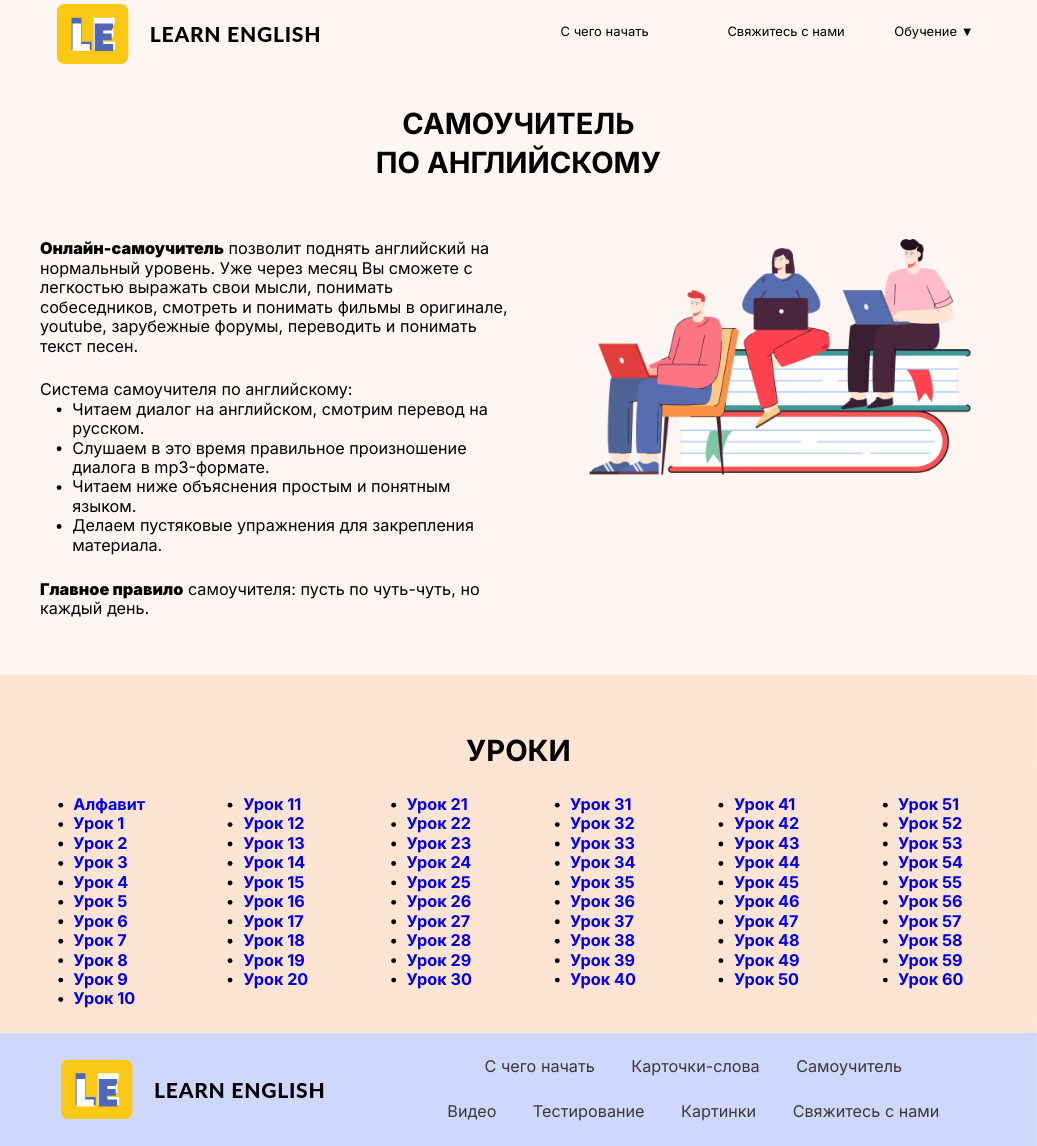
Repository: WladimirVA/Diplom
Page: scool/lesson.html
An editor plug-in stored every save of this project. The page is shown before and after the next save, followed by the edit.
The browser window is 1280 px wide. The pictures show the whole page, at 81% of full size.

Above is the page before, as saved 2023-07-19 17:04:42.

### scool/lesson.html
<!DOCTYPE html>
<html lang="en">
<head>
    <meta charset="UTF-8">
    <meta name="viewport" content="width=device-width, initial-scale=1.0">
    <link href="./css/index.css" rel="stylesheet" type="text/css">
    <link href="./css/fonts.css" rel="stylesheet" type="text/css">
    <link rel="stylesheet" href="./css/lesson.css" type="text/css">
    <link rel="icon" sizes="16x16" href="./img/Vector.svg" type="image/x-icon">
    <title>Learn english</title>
</head>
<body>
    <header class="header" di="HOME">
        <div class="section">
            <div class="section-header">
                <div class="logo">
                    <img src="./img/Vector.svg">
                    <p>Learn english</p>
                </div>
                <div>

                    <ul class="ddropdownn">
                        <li class="ddropdownn-top">
                        <a class="ddropdownn-top" href="#">С чего начать</a>
                        </li>
                        <li class="ddropdownn-top">
                            <a class="ddropdownn-top" href="mailto:dyadichenko_va@mail.ru">Свяжитесь с нами</a>
                        </li>
                        <li class="ddropdownn-top">
                        <a class="ddropdownn-top" href="#">Обучение &#9660;</a>
                            <ul class="ddropdownn-inside">
                                <li><a href="/">Карточки-слова</a></li>
                                <li><a href="/">Самоучитель</a></li>
                                <li><a href="/">Видео</a></li>
                                <li><a href="/">Тестирование</a></li>
                                <li><a href="/">Картинки</a></li>
                            </ul>
                        </li>

                    </ul>
                </div>
            </div>
        </div>
    </header>
    <main>
        <section class="TUTORIAL">
            <div class="section">
                <h1 class="tutorial-h1">Самоучитель <br>по английскому</h1>
                <div class="content-tutorial">
                    <div class="tutorial-inf">
                        <p><span  style="font-weight:900"> Онлайн-самоучитель</span> позволит поднять английский на нормальный уровень. Уже через месяц Вы сможете с легкостью выражать свои мысли, понимать собеседников, смотреть и понимать фильмы в оригинале, youtube, зарубежные форумы, переводить и понимать текст песен.</p>
                            <ul><p>Система самоучителя по английскому:</p>
                                <li>Читаем диалог на английском, смотрим перевод на русском.</li>
                                <li>Слушаем в это время правильное произношение диалога в mp3-формате.</li>
                                <li>Читаем ниже объяснения простым и понятным языком.</li>
                                <li>Делаем пустяковые упражнения для закрепления материала.</li>
                            </ul>
                            <p><span  style="font-weight:900"> Главное правило</span> самоучителя: пусть по чуть-чуть, но каждый день.
                        </p>
                    </div>
                    <div class="tutorial-img">
                        <img src="./img/Group 78 1 (1).png" alt="foto">
                    </div>
                </div>
            </div>
        </section>
        <section class="LESSON">
            <div class="section">
                <div class="lesson">
                    <p>уроки</p>
                </div>
                <div class="all-lesson">
                    <ul>
                        <li><a href="#">Алфавит</a></li>
                        <li><a href="#">Урок 1</a></li>
                        <li><a href="#">Урок 2</a></li>
                        <li><a href="#">Урок 3</a></li>
                        <li><a href="#">Урок 4</a></li>
                        <li><a href="#">Урок 5</a></li>
                        <li><a href="#">Урок 6</a></li>
                        <li><a href="#">Урок 7</a></li>
                        <li><a href="#">Урок 8</a></li>
                        <li><a href="#">Урок 9</a></li>
                        <li><a href="#">Урок 10</a></li>
                    </ul>
                    <ul>
                        <li><a href="#">Урок 11</a></li>
                        <li><a href="#">Урок 12</a></li>
                        <li><a href="#">Урок 13</a></li>
                        <li><a href="#">Урок 14</a></li>
                        <li><a href="#">Урок 15</a></li>
                        <li><a href="#">Урок 16</a></li>
                        <li><a href="#">Урок 17</a></li>
                        <li><a href="#">Урок 18</a></li>
                        <li><a href="#">Урок 19</a></li>
                        <li><a href="#">Урок 20</a></li>
                    </ul>
                    <ul>
                        <li><a href="#">Урок 21</a></li>
                        <li><a href="#">Урок 22</a></li>
                        <li><a href="#">Урок 23</a></li>
                        <li><a href="#">Урок 24</a></li>
                        <li><a href="#">Урок 25</a></li>
                        <li><a href="#">Урок 26</a></li>
                        <li><a href="#">Урок 27</a></li>
                        <li><a href="#">Урок 28</a></li>
                        <li><a href="#">Урок 29</a></li>
                        <li><a href="#">Урок 30</a></li>
                    </ul>
                    <ul>
                        <li><a href="#">Урок 31</a></li>
                        <li><a href="#">Урок 32</a></li>
                        <li><a href="#">Урок 33</a></li>
                        <li><a href="#">Урок 34</a></li>
                        <li><a href="#">Урок 35</a></li>
                        <li><a href="#">Урок 36</a></li>
                        <li><a href="#">Урок 37</a></li>
                        <li><a href="#">Урок 38</a></li>
                        <li><a href="#">Урок 39</a></li>
                        <li><a href="#">Урок 40</a></li>
                    </ul>
                    <ul>
                        <li><a href="#">Урок 41</a></li>
                        <li><a href="#">Урок 42</a></li>
                        <li><a href="#">Урок 43</a></li>
                        <li><a href="#">Урок 44</a></li>
                        <li><a href="#">Урок 45</a></li>
                        <li><a href="#">Урок 46</a></li>
                        <li><a href="#">Урок 47</a></li>
                        <li><a href="#">Урок 48</a></li>
                        <li><a href="#">Урок 49</a></li>
                        <li><a href="#">Урок 50</a></li>
                    </ul>
                    <ul>
                        <li><a href="#">Урок 51</a></li>
                        <li><a href="#">Урок 52</a></li>
                        <li><a href="#">Урок 53</a></li>
                        <li><a href="#">Урок 54</a></li>
                        <li><a href="#">Урок 55</a></li>
                        <li><a href="#">Урок 56</a></li>
                        <li><a href="#">Урок 57</a></li>
                        <li><a href="#">Урок 58</a></li>
                        <li><a href="#">Урок 59</a></li>
                        <li><a href="#">Урок 60</a></li>
                    </ul>
                </div>
            </div>
        </section>
    </main>
    <footer class="FOOTER">
        <div class="section">
            <div class="section-footer">
                <div class="logo">
                    <img src="./img/Vector.svg">
                    <p>Learn english</p>
                </div>
                <div class="ddropdownn-footer">
                    <div class="ddropdownn-menu">
                        <ul class="ddropdownn1">
                            <li><a href="#">С чего начать</a></li>
                            <!-- <li><a href="#">Обучение</a></li> -->
                            <li><a href="#">Карточки-слова</a></li>
                            <li><a href="#">Самоучитель</a></li>
                        </ul>
                    </div>
                    <div class="ddropdownn-menu">
                        <ul class="ddropdownn2">
                            <li><a href="#">Видео</a></li>
                            <li><a href="#">Тестирование</a></li>
                            <li><a href="#">Картинки</a></li>
                            <li><a class="link" href="mailto:dyadichenko_va@mail.ru">Свяжитесь с нами</a></li>
                        </ul>
                    </div>
                </div>
            </div>
        </div>
    </footer>
</body>
</html>

### scool/css/index.css
body {
    scroll-behavior: smooth;
    align-items: center;
    width: 100%;
    max-width: 1366px;
    margin: auto;
    font-family: 'Inter', 'Work Sans', "NunitoSans-Light", Arial, Helvetica, sans-serif;
}
* {
    margin: 0;
    padding: 0;
}

.logo {
    display: flex;
    align-items: center;
}

.logo p {
    font-family: Lato;
    font-size: 26px;
    font-weight: 800;
    line-height: 48px;
    letter-spacing: 0.035em;
    text-align: left;
    text-transform: uppercase;
    padding-left: 1em;
}

/* Стили выпадающего списка */
ul.ddropdownn li {/* Считаем координаты относительно исходного места. */
    position: relative; }
ul.ddropdownn, ul.ddropdownn-inside {
    /* Отступы на нуле. */
    padding: 0;
    /* Маркеры уберем. */
    list-style-type: none;
    }
ul.ddropdownn-inside {
    /* Спрячем дочерние элементы выпадающего списка. */
    left: -9999px;
    position: absolute;
    }
ul.ddropdownn li.ddropdownn-top {
    /* Небольшой отступ. */
    margin: 20px 1px 0 0;
    /* Выравнивание по левой стороне. */
    float: left;
    display: inline;
    }
ul.ddropdownn li.ddropdownn-top a {
    /* Делаю элементы блочными. */
    display: block;
    /* Снова отступы. */
    padding: 3px 30px 4px;
    text-decoration: none;
    color: black;
    font-family: Inter;
    width: 145px;
    }
ul.ddropdownn a.ddropdownn-top {/* Цвет фона. */ background: #FEF6F3; } */
ul.ddropdownn a.ddropdownn-top:hover {/* Отступы. */ padding: 13px 20px 4px; }
ul.ddropdownn li.ddropdownn-top:hover .ddropdownn-inside {
    left: 0;
    /* Делаю элементы блочными. */
    display: block;
    }
ul.ddropdownn .ddropdownn-inside {/* Цвет фона. */ background: #FEF6F3; }
ul.ddropdownn .ddropdownn-inside a:hover {/* Цвет фона изменится при наведении. */
    background: #FEF6F3; }


@media screen and (max-width: 745px) {
    .header-nav {
        display: block;
        padding-top: 0px;
    }
}


.section-header {
    display: flex;
    justify-content: space-between;
    background-color: #FEF6F3;
    padding: 5px 0px 0 70px;

}

.BEGINNES {
    background: #FEF6F3;
}

.content-beginners {
    display: flex;
    justify-content: space-between;
}

.beginners-inf {
    padding: 50px 0 0 70px;
}

.beginners-inf h1 {
    font-family: Inter;
    font-size: 44px;
    font-weight: 700;
    line-height: 48px;
    letter-spacing: -0.08em;
    text-align: left;
    text-transform: uppercase;
    letter-spacing: 0.035em;
}

.beginners-img img {
    width: 100%;
    height: auto;
}

.beginners-inf p {
    margin-top: 50px;
}

.content-beginners {
    font-family: Inter;
    font-size: 22px;
    font-weight: 700;
    line-height: 24px;
    letter-spacing: 0em;
    text-align: left;

    font-family: Inter;
    font-size: 22px;
    font-weight: 500;
    line-height: 24px;
    letter-spacing: 0em;
    text-align: left;

    font-family: Inter;
    font-size: 20px;
    font-weight: 500;
    line-height: 24px;
    letter-spacing: 0em;
    text-align: left;
}

.home_ul {
    list-style-type: none;
    padding: 20px 0 20px 0;
}

.check {
    margin-left: 15px;
}

.button_home {
    font-family: Inter;
    font-size: 20px;
    font-weight: 700;
    line-height: 24px;
    letter-spacing: 0em;
    text-align: center;
    background:#FBC815;
    border-style: none;
    border-radius: 25px;
    width: 257px;
    height: 56px;
}

.LEARNING {
    background: #FDE4D3;
}

.learning {
    display: flex;
    justify-content: space-evenly;
}

.img-learning img {
    width: 100%;
    height: auto;
}

.content-learning h1 {
    text-align: center;
    text-transform: uppercase;
    font-family: Inter;
    font-size: 36px;
    font-weight: 700;
    line-height: 48px;
    letter-spacing: 0em;
    text-align: center;
    padding-top: 65px;

}

.popular {
    margin-left: 20px;
}

.learning-text {
    max-width: 550px;
    margin-top: 50px;
}

.learning-text p {
    font-family: Inter;
    font-size: 20px;
    font-weight: 500;
    line-height: 24px;
    letter-spacing: 0em;
    text-align: left;
}

.learning-text-img {
    margin-top: 60px;
}

.learning-text-img p {
    margin: -38px 0 0 20px;
}

.INFORMATION {
    background: #4F68BB;
    height: 1275px;
}

.information-text {
    text-align: center;
    color: #FFFFFF;
    /* max-width: 932px; */
}


.content-information h1 {
    font-family: Inter;
    font-size: 36px;
    font-weight: 700;
    line-height: 48px;
    letter-spacing: 0em;
    text-align: center;
    text-transform: uppercase;
    padding: 60px 0 50px 0;
}

.content-information p {
    font-family: Inter;
    font-size: 24px;
    font-weight: 700;
    line-height: 32px;
    letter-spacing: 0em;
    text-align: center;
}


.information1 {
    color: #FFFFFF;
    height: 400px;
    text-align: center;
    display: flex;
    justify-content: space-around;
    margin: 60px 0 0 0;
}

.information1 p {
    max-width: 270px;
}

.information1 h3 {
    padding: 65px 0 50px 0;
}

.information2 {
    color: #FFFFFF;
    height: 400px;
    text-align: center;
    margin: 60px 0 0 0;
    display: flex;
    justify-content: space-evenly;
}

.information2 p {
    max-width: 270px;
}
.information2 h3 {
    padding: 65px 0 50px 0;
}

.buttton-inf1 {
    margin-top: 39px;
}
.buttton-inf2 {
    margin-top: 95px;
}
.buttton-inf3 {
    margin-top: 55px;
}
.buttton-inf4 {
    padding-top: 63px;
}
.buttton-inf5 {
    padding-top: 25px;
}

.TRANING {
    background:rgba(251, 205, 166, 1);
    height: 345px;
}

.training {
    display: flex;
    align-items: center;
    justify-content: space-evenly;
}

.training-inf {
    display: block;
    text-align: center;
}

.training-inf p {
    font-family: Inter;
    font-size: 36px;
    font-weight: 700;
    line-height: 48px;
    letter-spacing: 0em;
    text-align: center;
}

.buttton-training1 {
    padding-top: 45px;
}

.buttton-training {
    color: #FFFFFF;
    font-family: Inter;
    font-size: 20px;
    font-weight: 700;
    line-height: 24px;
    letter-spacing: 0em;
    text-align: center;
   background: rgba(240, 63, 90, 1);
}

.training-img {
    margin-top: -60px;
}

.FOOTER {
    background:rgba(205, 216, 252, 1);
    height: 140px;
    align-items: center;
    display: grid;
    justify-items: stretch;
}

.section-footer {
    display: flex;
    justify-content: space-around
}

.ddropdownn-footer {
    display: flex;
    flex-direction: column;
    align-items: center;
}

.ddropdownn-menu {
    display: flex;
}

.ddropdownn1, .ddropdownn2 {
    display: flex;
    font-family: Inter;
    font-size: 20px;
    font-weight: 400;
    line-height: 16px;
    letter-spacing: 0em;
    text-align: left;
    list-style-type:none;

}

.ddropdownn2 {
    margin: 40px 0 0 0;
}

.ddropdownn-footer li{
    padding: 0 45px 0 0;
}

.ddropdownn-footer a {
    text-decoration: none;
    color: rgba(57, 57, 57, 1);
    ;
}

### scool/css/fonts.css
/* @import url('https://fonts.googleapis.com/css2?family=Work+Sans:ital,wght@0,600;0,800;1,800&display=swap'); */


/* @import url('https://fonts.googleapis.com/css2?family=Inter:wght@400;500;600;700;800&family=Work+Sans:ital,wght@0,600;0,800;1,800&display=swap'); */


@import url('https://fonts.googleapis.com/css2?family=Inter:wght@100;200;300;400;500;600;700;800;900&display=swap');

@import url('https://fonts.googleapis.com/css2?family=Inter:wght@100;200;300;400;500;600;700;800;900&family=Work+Sans:ital,wght@0,100;0,200;0,300;0,400;0,500;0,600;0,700;0,800;0,900;1,100;1,200;1,300;1,400;1,500;1,600;1,700;1,800;1,900&display=swap');

### scool/css/lesson.css
.TUTORIAL {
    background: rgba(254, 246, 243, 1);
    padding-top: 50px;
}

.content-tutorial {
    display: flex;
    justify-content: space-around;
    padding: 70px 0 70px 0;
}

.tutorial-h1 {
    text-align: center;
    font-family: Inter;
    font-size: 36px;
    font-weight: 700;
    line-height: 48px;
    letter-spacing: 0em;
    text-align: center;
    text-transform: uppercase;
}

.tutorial-inf {
    max-width: 580px;
}

.tutorial-inf p {
    font-family: Inter;
    font-size: 20px;
    font-weight: 400;
    line-height: 24px;
    letter-spacing: 0em;
    text-align: left;
    color: rgba(0, 0, 0, 1);
}

.tutorial-inf li {
    margin-left: 15px;
    font-family: Inter;
    font-size: 20px;
    font-weight: 400;
    line-height: 24px;
    letter-spacing: 0em;
    text-align: left;
    margin-left: 40px;
}

.tutorial-inf ul {
    padding: 30px 0 30px 0px;
}

.tutorial-img img {
    width: 100%;
    height: auto;
}

.LESSON {
    background: rgba(253, 228, 211, 1);
}

.lesson {
    text-align: center;
    padding-top: 70px;
}

.lesson p {
    font-family: Inter;
    font-size: 36px;
    font-weight: 700;
    line-height: 48px;
    letter-spacing: 0em;
    text-align: center;
    text-transform: uppercase;
}

.all-lesson {
    display: flex;
    justify-content: space-around;
    font-family: Inter;
    font-size: 20px;
    font-weight: 700;
    line-height: 24px;
    letter-spacing: 0em;
    text-align: left;
    padding: 30px;
    list-style-type:none;
}

.all-lesson a {

    text-decoration: none;
}

After the next save:
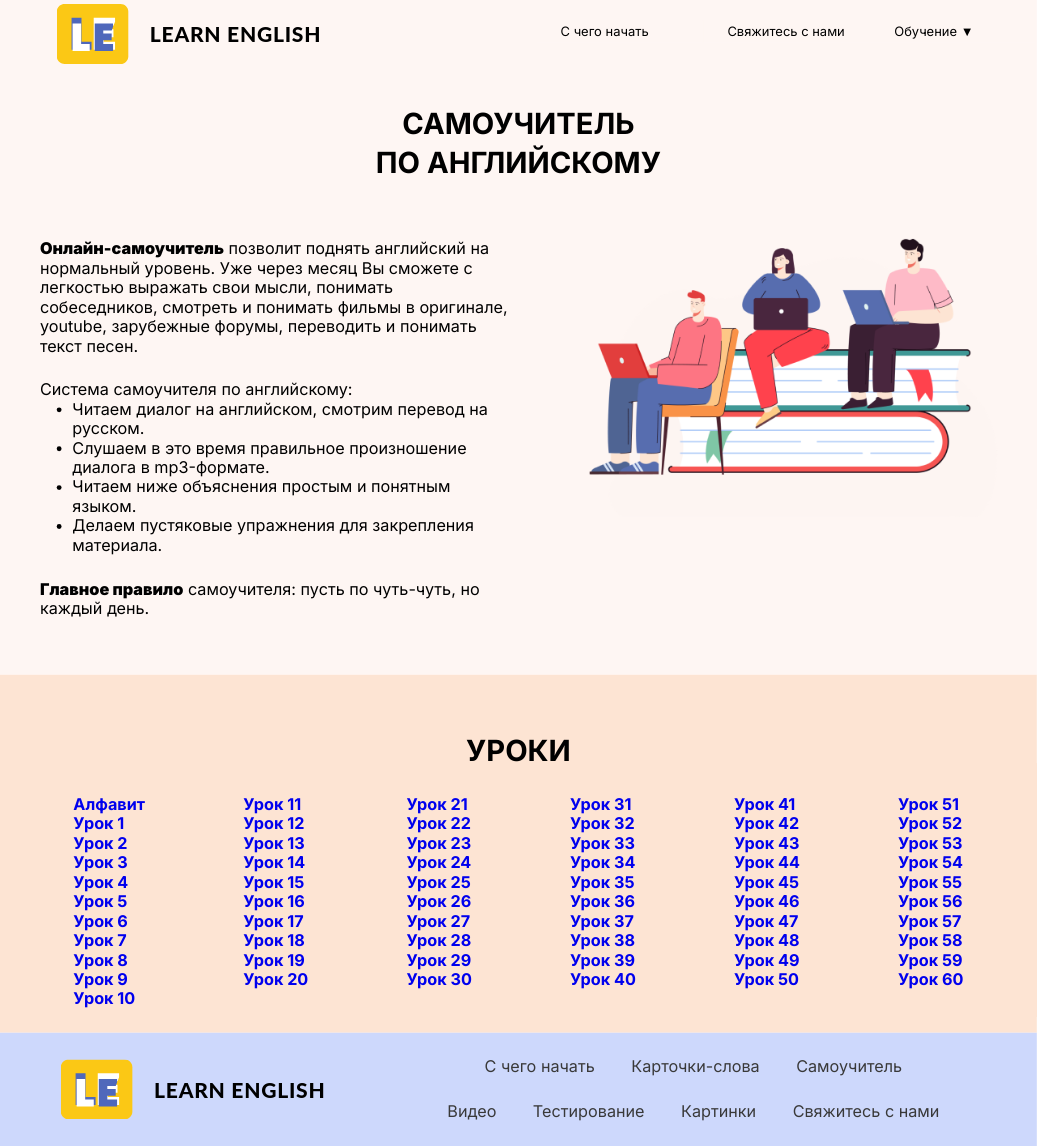
Saved 31 s later.
--- a/scool/css/lesson.css
+++ b/scool/css/lesson.css
@@ -83,10 +83,11 @@
     letter-spacing: 0em;
     text-align: left;
     padding: 30px;
+}
+
+.all-lesson ul {
     list-style-type:none;
 }
-
 .all-lesson a {
-
-    text-decoration: none;
+     text-decoration: none;
 }
